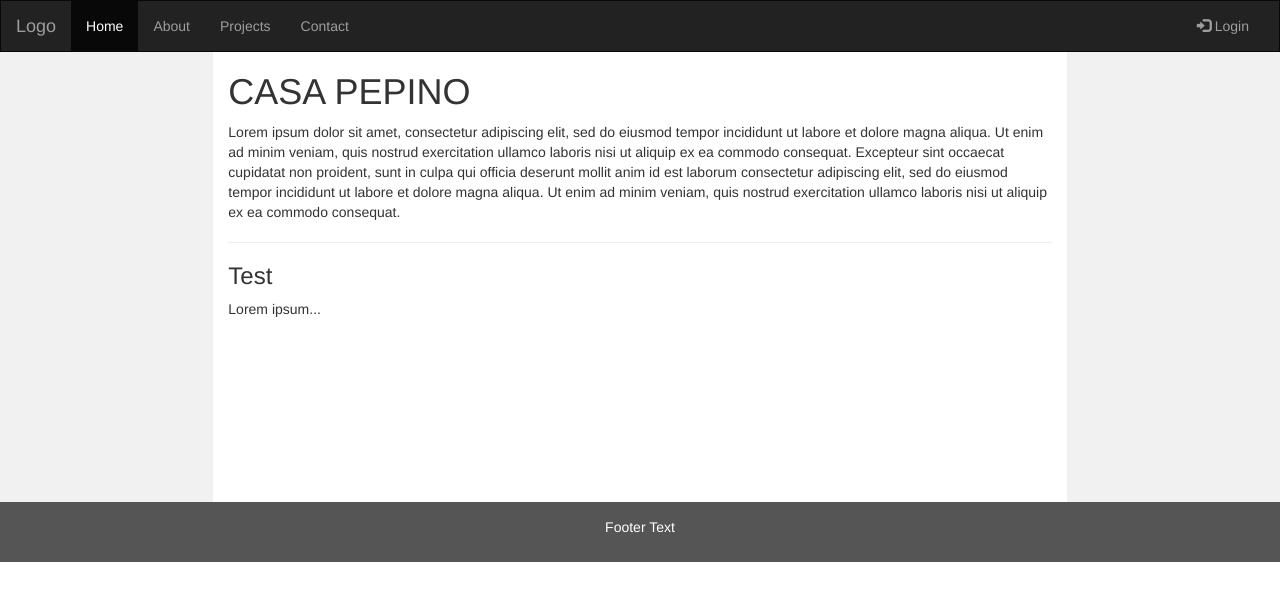
Repository: gsegovia69/BecaJava_2019
Page: http://localhost/Home
An editor plug-in stored every save of this project. The page is shown before and after the next save, followed by the edit.
The browser window is 1280 px wide. The pictures show the whole page.
The page is this project's Thymeleaf template; nobody is signed in. The template is opened directly, without the code that normally fills it, so the values that code supplies are empty.

Above is the page before, as saved 2019-05-16 14:48:45.

### EJERCICIOS/ROBERTO_QUESADA/Everis/springisthebest/springisthebest/src/main/resources/templates/Home.html
<!DOCTYPE html>
<html lang="en">
<head>
  <title>Bootstrap Example</title>
  <meta charset="utf-8">
  <meta name="viewport" content="width=device-width, initial-scale=1">
  <link rel="stylesheet" href="https://maxcdn.bootstrapcdn.com/bootstrap/3.4.0/css/bootstrap.min.css">
  <script src="https://ajax.googleapis.com/ajax/libs/jquery/3.4.0/jquery.min.js"></script>
  <script src="https://maxcdn.bootstrapcdn.com/bootstrap/3.4.0/js/bootstrap.min.js"></script>
  <style>
    /* Remove the navbar's default margin-bottom and rounded borders */
    .navbar {
      margin-bottom: 0;
      border-radius: 0;
    }

    /* Set height of the grid so .sidenav can be 100% (adjust as needed) */
    .row.content {height: 450px}

    /* Set gray background color and 100% height */
    .sidenav {
      padding-top: 20px;
      background-color: #f1f1f1;
      height: 100%;
    }

    /* Set black background color, white text and some padding */
    footer {
      background-color: #555;
      color: white;
      padding: 15px;
    }

    /* On small screens, set height to 'auto' for sidenav and grid */
    @media screen and (max-width: 767px) {
      .sidenav {
        height: auto;
        padding: 15px;
      }
      .row.content {height:auto;}
    }
  </style>
</head>
<body>

<nav class="navbar navbar-inverse">
  <div class="container-fluid">
    <div class="navbar-header">
      <button type="button" class="navbar-toggle" data-toggle="collapse" data-target="#myNavbar">
        <span class="icon-bar"></span>
        <span class="icon-bar"></span>
        <span class="icon-bar"></span>
      </button>
      <a class="navbar-brand" href="#">Logo</a>
    </div>
    <div class="collapse navbar-collapse" id="myNavbar">
      <ul class="nav navbar-nav">
        <li class="active"><a href="#">Home</a></li>
        <li><a href="#">About</a></li>
        <li><a href="#">Projects</a></li>
        <li><a href="#">Contact</a></li>
      </ul>
      <ul class="nav navbar-nav navbar-right">
        <li><a href="#"><span class="glyphicon glyphicon-log-in"></span> Login</a></li>
      </ul>
    </div>
  </div>
</nav>

<div class="container-fluid text-center">
  <div class="row content">
    <div class="col-sm-2 sidenav">
    </div>
    <div class="col-sm-8 text-left">
      <h1>CASA PEPINO</h1>
      <p>Lorem ipsum dolor sit amet, consectetur adipiscing elit, sed do eiusmod tempor incididunt ut labore et dolore magna aliqua. Ut enim ad minim veniam, quis nostrud exercitation ullamco laboris nisi ut aliquip ex ea commodo consequat. Excepteur sint occaecat cupidatat non proident, sunt in culpa qui officia deserunt mollit anim id est laborum consectetur adipiscing elit, sed do eiusmod tempor incididunt ut labore et dolore magna aliqua. Ut enim ad minim veniam, quis nostrud exercitation ullamco laboris nisi ut aliquip ex ea commodo consequat.</p>
      <hr>
      <h3>Test</h3>
      <p>Lorem ipsum...</p>
    </div>
    <div class="col-sm-2 sidenav">


    </div>
  </div>
</div>

<footer class="container-fluid text-center">
  <p>Footer Text</p>
</footer>

</body>
</html>

After the next save:
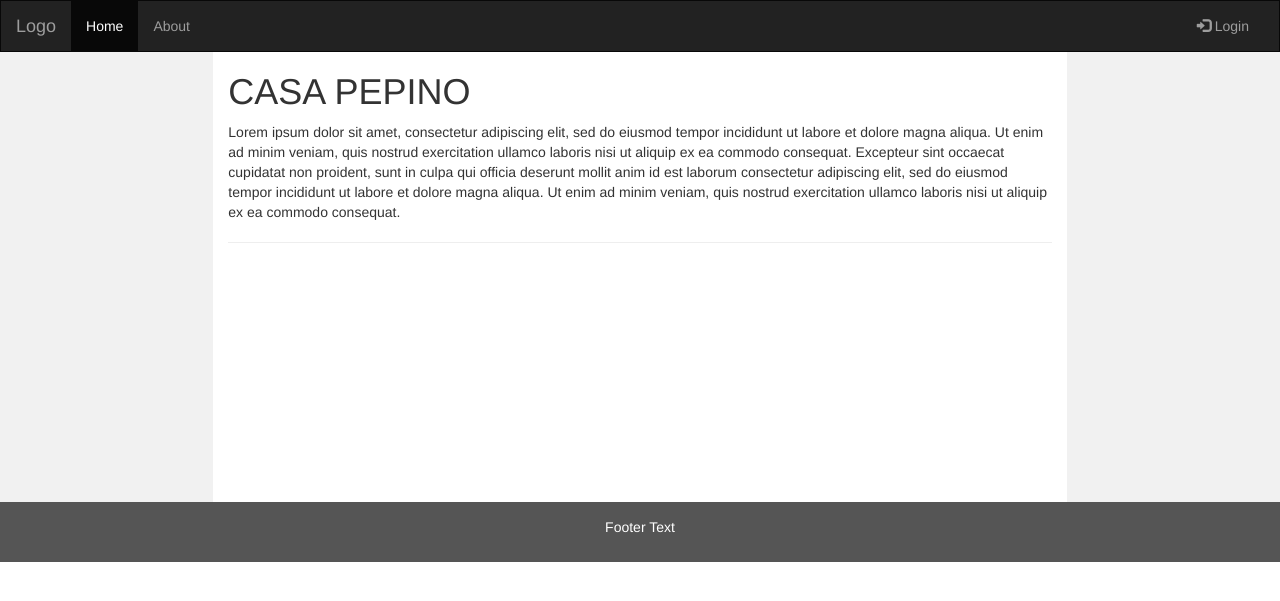
Saved 53 s later.
--- a/EJERCICIOS/ROBERTO_QUESADA/Everis/springisthebest/springisthebest/src/main/resources/templates/Home.html
+++ b/EJERCICIOS/ROBERTO_QUESADA/Everis/springisthebest/springisthebest/src/main/resources/templates/Home.html
@@ -55,10 +55,8 @@
     </div>
     <div class="collapse navbar-collapse" id="myNavbar">
       <ul class="nav navbar-nav">
-        <li class="active"><a href="#">Home</a></li>
-        <li><a href="#">About</a></li>
-        <li><a href="#">Projects</a></li>
-        <li><a href="#">Contact</a></li>
+        <li class="active"><a href="@{/}">Home</a></li>
+        <li><a href="@{/listado}">About</a></li>
       </ul>
       <ul class="nav navbar-nav navbar-right">
         <li><a href="#"><span class="glyphicon glyphicon-log-in"></span> Login</a></li>
@@ -75,8 +73,6 @@
       <h1>CASA PEPINO</h1>
       <p>Lorem ipsum dolor sit amet, consectetur adipiscing elit, sed do eiusmod tempor incididunt ut labore et dolore magna aliqua. Ut enim ad minim veniam, quis nostrud exercitation ullamco laboris nisi ut aliquip ex ea commodo consequat. Excepteur sint occaecat cupidatat non proident, sunt in culpa qui officia deserunt mollit anim id est laborum consectetur adipiscing elit, sed do eiusmod tempor incididunt ut labore et dolore magna aliqua. Ut enim ad minim veniam, quis nostrud exercitation ullamco laboris nisi ut aliquip ex ea commodo consequat.</p>
       <hr>
-      <h3>Test</h3>
-      <p>Lorem ipsum...</p>
     </div>
     <div class="col-sm-2 sidenav">
 
